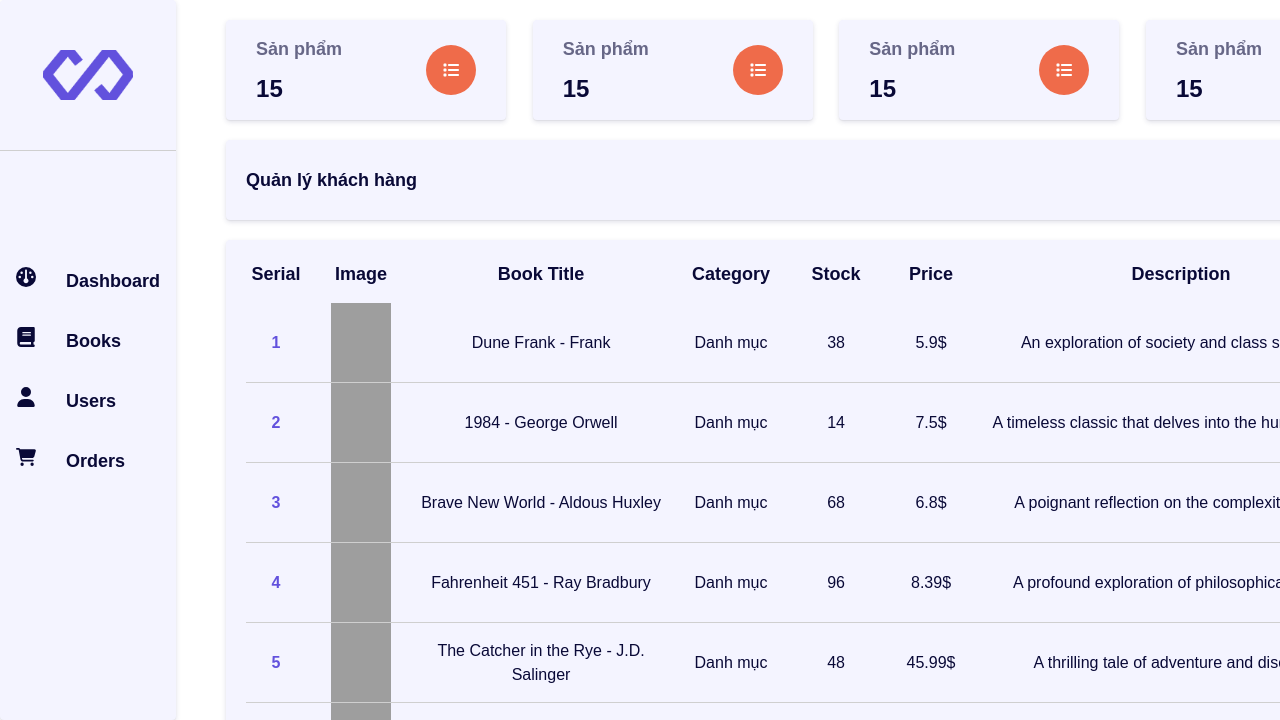
Repository: kauittt/BookStore_FE
Page: / (app in book-store/)
An editor plug-in stored every save of this project. The page is shown before and after the next save, followed by the edit.
The browser window is 1280 px wide. The pictures show the whole page.
Pictures or frames that could not be fetched are drawn as grey boxes. The project was rebuilt for these pictures with package versions that can differ from the ones it lists, and the page was loaded fresh each time. Also part of the build but not shown: book-store/vite.config.js, book-store/src/components/elements/FormInput.jsx, book-store/src/components/login-signup/Login.jsx, book-store/src/components/book/BookItem.jsx, book-store/src/components/book/BookList.jsx, book-store/src/components/elements/BackNavigation.jsx, book-store/src/components/book/BookDetail.jsx, book-store/src/components/cart/QuantitySelector.jsx and 4 more.

Above is the page before, as saved 2024-07-20 12:30:25.

### book-store/src/App.jsx
import Login from "./components/login-signup/Login";
import BookItem from "./components/book/BookItem";
import BookList from "./components/book/BookList";
import BookDetail from "./components/book/BookDetail";
import CartItem from "./components/cart/CartItem";
import Cart from "./components/cart/Cart";
import Checkout from "./components/checkout/Checkout";
import AdminNav from "./components/admin/AdminNav";
import ManageList from "./components/admin/ManageList";
import AdminPage from "./components/admin/AdminPage";
import Card from "./components/elements/Card";

const App = () => {
    //! Width - Height: 1536 - 703
    //! 270 - 255
    //! Width: 0.9
    //! Height: 0.585

    //* Semibold - Normal
    //* 3xl (Tiêu đề to) - lg (To hơn bình thường) - sm (Chú thích nhỏ) - Normal

    const data = [
        {
            image: "https://nhasachphuongnam.com/images/thumbnails/240/290/detailed/287/con-duong-hoi-giao-tb-2024.jpg",
            price: "5.9",
            name: "Dune Frank ",
            author: "Frank ",
        },
        {
            image: "https://i.pinimg.com/474x/57/70/55/5770553158ceac5870925fd79f9699eb.jpg",
            price: "7.5",
            name: "1984",
            author: "George Orwell",
        },
        {
            image: "https://listsach.com/wp-content/uploads/2020/05/bia-sach-dep-ngoi-nha-nghin-hanh-lang.jpg",
            price: "6.8",
            name: "Brave New World",
            author: "Aldous Huxley",
        },
        {
            image: "https://listsach.com/wp-content/uploads/2020/05/quyen-sach-co-bia-dep-khong-gia-dinh.jpg",
            price: "8.39",
            name: "Fahrenheit 451",
            author: "Ray Bradbury",
        },
        {
            image: "https://salt.tikicdn.com/cache/w1200/ts/product/03/ee/cc/9e91a112fb77049e9167f41ef62f832e.jpeg",
            price: "45.99",
            name: "The Catcher in the Rye",
            author: "J.D. Salinger",
        },
        {
            image: "https://intamphuc.vn/wp-content/uploads/2023/06/mau-bia-sach-dep-4.jpg",
            price: "9.2",
            name: "To Kill a Mockingbird",
            author: "Harper Lee",
        },
        {
            image: "https://vietart.co/blog/wp-content/uploads/2014/01/2_thiet_ke_bia_sach_dep_20.jpg",
            price: "5.0",
            name: "The Great Gatsby",
            author: "F. Scott Fitzgerald",
        },
        {
            image: "https://thegioidohoa.com/wp-content/uploads/2017/08/tong-hop-20-mau-bia-sach-doc-dao-nhat-nam-2017-7.jpg",
            price: "6.5",
            name: "Moby Dick",
            author: "Herman Melville",
        },
        {
            image: "https://encrypted-tbn0.gstatic.com/images?q=tbn:ANd9GcRVxy22da304ThgqLt9eKkHoYNLhIEgOL5vLCuA0X--bl323dKTKr0Q_H8tqkGQcfgcqA8&usqp=CAU",
            price: "7.8",
            name: "War and Peace",
            author: "Leo Tolstoy",
        },
        {
            image: "https://intamphuc.vn/wp-content/uploads/2023/06/mau-bia-sach-dep-2.jpg",
            price: "6.0",
            name: "Pride and Prejudice",
            author: "Jane Austen",
        },
    ];

    // Các mô tả mẫu để sử dụng
    const descriptions = [
        "A timeless classic that delves into the human psyche.",
        "An exploration of society and class struggles.",
        "A thrilling tale of adventure and discovery.",
        "A thought-provoking story that challenges conventional wisdom.",
        "A masterpiece of modern literature.",
        "A poignant reflection on the complexities of life.",
        "A gripping narrative that captivates the reader from start to finish.",
        "An emotional journey through love, loss, and redemption.",
        "A profound exploration of philosophical themes.",
        "An unforgettable story of courage and resilience.",
    ];

    // Hàm tạo số lượng ngẫu nhiên từ 1 đến 100
    function getRandomQuantity() {
        return Math.floor(Math.random() * 100) + 1;
    }

    // Hàm tạo mô tả ngẫu nhiên từ danh sách mô tả mẫu
    function getRandomDescription() {
        const index = Math.floor(Math.random() * descriptions.length);
        return descriptions[index];
    }

    // Tạo dữ liệu đa dạng cho mảng data
    const enhancedData = data.map((item) => ({
        ...item,
        quantity: getRandomQuantity(),
        description: getRandomDescription(),
    }));

    const detail = {
        image: "https://nhasachphuongnam.com/images/thumbnails/240/290/detailed/287/con-duong-hoi-giao-tb-2024.jpg",
        price: "5.9",
        name: "Dune",
        author: "Frank Herbert ",
        quantity: 10,
        description:
            "Contrary to popular belief, Lorem Ipsum is not simply random text. It has roots in a piece of classical Latin literature from 45 BC, making it over 2000 years old. Richard McClintock, a Latin professor at Hampden-Sydney College in Virginia, looked up one of the more obscure Latin words, consectetur, from a Lorem Ipsum passage, and going through the cites of the word in classical literature, discovered the undoubtable source. Lorem Ipsum comes from sections",
    };

    //! Sửa chổ quantity*price trong tính cart, checkout
    return (
        // container mx-auto
        <div className="text-text-normal  cursor-default select-none">
            {/* <Card name="Sản phẩm" quantity="15" icon={faList}></Card> */}

            <AdminPage books={enhancedData}></AdminPage>
            {/* <ManageList books={enhancedData}></ManageList> */}
            {/* <AdminNav></AdminNav> */}
            {/* <Checkout books={enhancedData}></Checkout> */}
            {/* <Cart books={enhancedData}></Cart> */}
            {/* <CartItem book={detail}></CartItem> */}
            {/* <BookDetail book={detail}></BookDetail> */}
            {/* <BookList title="Classic" books={data}></BookList> */}
            {/* <Login></Login> */}
        </div>
    );
};

export default App;

### book-store/src/index.css
@tailwind base;
@tailwind components;
@tailwind utilities;

.container {
    width: 100%;
}
@media (min-width: 640px) {
    .container {
        max-width: 640px;
    }
}
@media (min-width: 768px) {
    .container {
        max-width: 768px;
    }
    @media (min-width: 1024px) {
        .container {
            max-width: 1024px;
        }
    }
    @media (min-width: 1280px) {
        .container {
            max-width: 1280px;
        }
    }
    @media (min-width: 1400px) {
        .container,
        .container-lg,
        .container-md,
        .container-sm,
        .container-xl,
        .container-xxl {
            max-width: 1320px;
        }
    }
}

### book-store/src/components/admin/AdminNav.jsx
import PropTypes from "prop-types";
import { FontAwesomeIcon } from "@fortawesome/react-fontawesome";
import {
    faCartShopping,
    faUser,
    faBook,
    faGauge,
} from "@fortawesome/free-solid-svg-icons";

const AdminNav = () => {
    return (
        <div
            className="flex flex-col  gap-[100px]
            font-semibold text-lg  w-[260px]
            bg-bgr-main shadow-custom rounded"
        >
            <div
                className="w-full flex justify-center mt-[50px] pb-[50px]
            border-b border-border"
            >
                <img
                    src="./image/Logo.png"
                    alt="Logo"
                    className="w-[90px] h-[50px]  object-cover"
                />
            </div>

            <div>
                <div
                    className="p-[16px]
            transition-all duration-200 ease-in-out
            group hover:bg-bgr-white hover:shadow-custom rounded
            cursor-pointer"
                >
                    <p className="flex gap-[10px]">
                        <FontAwesomeIcon
                            className="mr-[20px] w-[20px] h-[20px]"
                            icon={faGauge}
                        />
                        Dashboard
                    </p>
                </div>
                <div
                    className="p-[16px]
            transition-all duration-200 ease-in-out
            group hover:bg-bgr-white hover:shadow-custom rounded
            cursor-pointer"
                >
                    <p className="flex gap-[10px]">
                        <FontAwesomeIcon
                            className="mr-[20px] w-[20px] h-[20px]"
                            icon={faBook}
                        />
                        Books
                    </p>
                </div>
                <div
                    className="p-[16px]
            transition-all duration-200 ease-in-out
            group hover:bg-bgr-white hover:shadow-custom rounded
            cursor-pointer"
                >
                    <p className="flex gap-[10px]">
                        <FontAwesomeIcon
                            className="mr-[20px]  w-[20px] h-[20px]"
                            icon={faUser}
                        />
                        Users
                    </p>
                </div>
                <div
                    className="p-[16px]
            transition-all duration-200 ease-in-out
            group hover:bg-bgr-white hover:shadow-custom rounded
            cursor-pointer"
                >
                    <p className="flex gap-[10px]">
                        <FontAwesomeIcon
                            className="mr-[20px] w-[20px] h-[20px]"
                            icon={faCartShopping}
                        />
                        Orders
                    </p>
                </div>
            </div>
        </div>
    );
};

AdminNav.propTypes = {
    book: PropTypes.object,
};
export default AdminNav;

### book-store/src/components/admin/ManageList.jsx
import React from "react";
import PropTypes from "prop-types";
import { FontAwesomeIcon } from "@fortawesome/react-fontawesome";
import {
    faCartShopping,
    faUser,
    faBook,
    faGauge,
} from "@fortawesome/free-solid-svg-icons";
import ManageItem from "./ManageItem";
import FormButton from "./../elements/FormButton";
const ManageList = (props) => {
    console.log(window.innerHeight);
    const category = [
        {
            group: "Order",
            fields: [
                { name: "Serial", width: "50px" },
                { name: "Customer Name", width: "150px" },
                { name: "Book Title", width: "150px" },
                { name: "Quantity", width: "100px" },
                { name: "Price", width: "100px" },
                { name: "Phone Number", width: "100px" },
                { name: "Address", flex: "1" }, // Use flex for flexible widths
            ],
        },
        {
            group: "Book",
            fields: [
                { name: "Serial", style: "w-[60px] text-center" },
                { name: "Image", style: "w-[80px] text-center" },
                { name: "Book Title", style: "w-[250px] text-center" },
                { name: "Category", style: "w-[100px] text-center" },
                { name: "Stock", style: "w-[80px] text-center" },
                { name: "Price", style: "w-[80px] text-center" },
                { name: "Description", style: "flex-1 text-center" },
            ],
        },
        {
            group: "User",
            fields: [
                { name: "Serial", width: "50px" },
                { name: "Username", width: "150px" },
                { name: "Name", width: "200px" },
                { name: "Role", width: "100px" },
                { name: "Email", width: "200px" },
                { name: "Phone Number", width: "150px" },
                { name: "Address", flex: "1" },
            ],
        },
    ];

    return (
        <div
            className="max-w-[1200px] w-[1200px] p-[20px] pr-[50px]
        flex flex-col gap-[15px] bg-bgr-main shadow-custom rounded"
        >
            {/*//* Category */}
            <div
                className="flex justify-between items-center gap-[15px]
            font-semibold text-lg"
            >
                {category[1].fields.map((field, index) => (
                    <p key={index} className={`${field.style} `}>
                        {field.name}
                    </p>
                ))}
            </div>

            {/*//* List Item */}
            <div className="flex flex-col max-h-full overflow-y-auto">
                {props.books.map((book, index) => (
                    <ManageItem
                        data={book}
                        category={category[1].fields}
                        key={index}
                        index={index}
                    ></ManageItem>
                ))}
            </div>

            <div className="flex justify-end">
                <FormButton name="Checkout"></FormButton>
            </div>
        </div>
    );
};
ManageList.propTypes = {
    books: PropTypes.array,
};
export default ManageList;

### book-store/src/components/admin/AdminPage.jsx
import React from "react";
import PropTypes from "prop-types";
import ManageList from "./ManageList";
import AdminNav from "./AdminNav";
import Card from "./../elements/Card";
import ManageTitle from "./ManageTitle";
import { FontAwesomeIcon } from "@fortawesome/react-fontawesome";
import {
    faCircleUser,
    faCartShopping,
    faHandHoldingDollar,
    faList,
} from "@fortawesome/free-solid-svg-icons";

const AdminPage = (props) => {
    return (
        <div
            className="flex gap-[30px] justify-between
        max-h-screen overflow-hidden
        "
        >
            <AdminNav></AdminNav>
            <div className="flex flex-col gap-[20px] p-[20px] ">
                <div className="flex justify-between items-center ">
                    <Card name="Sản phẩm" quantity={15} icon={faList}></Card>
                    <Card name="Sản phẩm" quantity={15} icon={faList}></Card>
                    <Card name="Sản phẩm" quantity={15} icon={faList}></Card>
                    <Card name="Sản phẩm" quantity={15} icon={faList}></Card>
                </div>
                <ManageTitle
                    name="Quản lý khách hàng"
                    button="Add User"
                ></ManageTitle>
                <ManageList books={props.books}></ManageList>
            </div>
        </div>
    );
};

AdminPage.propTypes = {
    books: PropTypes.array,
};
export default AdminPage;

### book-store/src/components/elements/Card.jsx
import React from "react";
import PropTypes from "prop-types";
import { FontAwesomeIcon } from "@fortawesome/react-fontawesome";
import {
    faCircleUser,
    faCartShopping,
    faHandHoldingDollar,
    faList,
} from "@fortawesome/free-solid-svg-icons";
const Card = (props) => {
    return (
        <div
            className="flex items-center justify-between
            w-[280px] h-[100px] bg-bgr-main p-[30px]
        rounded shadow-custom"
        >
            <div className="flex flex-col gap-[10px]">
                <p className="text-lg text-text-light font-semibold">
                    {props.name}
                </p>
                <p className="text-2xl font-semibold">{props.quantity}</p>
            </div>
            <FontAwesomeIcon
                className="p-[17px] rounded-full
             bg-bgr-color text-text-white"
                icon={props.icon}
            />
            {/* <FontAwesomeIcon icon={faCartShopping} />
            <FontAwesomeIcon icon={faHandHoldingDollar} />
            <FontAwesomeIcon icon={faCircleUser} /> */}
        </div>
    );
};

Card.propTypes = {
    name: PropTypes.string,
    quantity: PropTypes.number,
    icon: PropTypes.object,
    color: PropTypes.string,
};
export default Card;

### book-store/src/components/elements/FormButton.jsx
import PropTypes from "prop-types";

const FormButton = ({
    name = "Button",
    main = true,
    type = "button",
    disabled = false,
    ...props
}) => {
    return (
        <button
            type={type}
            disabled={disabled}
            className={`m-w-[100px] w-[100px] m-h-[40px] h-[40px] leading-[40px]
            rounded text-lg font-semibold
            flex items-center justify-center
            cursor-pointer shadow-custom
            transition-all duration-200 ease-in-out
            bg-bgr-white
            ${main ? "bg-bgr-white" : "bg-bgr-white"}
            ${main ? "text-text-color" : "text-bgr-color"}
            ${
                main
                    ? "border border-text-color hover:bg-text-color hover:text-text-white"
                    : "border border-bgr-color hover:bg-bgr-color hover:text-text-white"
            }
            `}
            {...props}
        >
            {name}
        </button>
    );
};

FormButton.propTypes = {
    main: PropTypes.bool,
    name: PropTypes.string.isRequired,
    type: PropTypes.string,
    disabled: PropTypes.bool,
};

export default FormButton;

### book-store/src/components/admin/ManageItem.jsx
import PropTypes from "prop-types";
import { FontAwesomeIcon } from "@fortawesome/react-fontawesome";
import { faPen } from "@fortawesome/free-solid-svg-icons";

const ManageItem = (props) => {
    // STT | Tên khách | Tên sách | Số lượng | Giá     | Phone | Address
    // STT | Hình      | Tên sách | Danh mục | Tồn kho | Giá   | Mô tả
    // STT | Username  | Name     | Role     | Email   | Phone | Address

    const isImage = props.data.image ? true : false;
    // console.log(props.data);
    // console.log(props.category);

    return (
        <div
            className="flex justify-between  items-center
                gap-[15px] h-[80px] relative
                border-b border-border"
        >
            <p
                className={`${props.category[0].style} font-semibold text-text-color`}
            >
                {props.index + 1}
            </p>

            {isImage ? (
                <div
                    className={`${props.category[1].style} h-full
                flex items-center justify-center`}
                >
                    <img
                        className="w-[60px] h-full object-cover"
                        src={props.data.image}
                        alt="Image"
                    />
                </div>
            ) : (
                <p className={`${props.category[1].style} `}>Tăng Khải Minh</p>
            )}

            <p className={`${props.category[2].style} `}>
                {props.data.name + " - " + props.data.author}
            </p>

            <p className={`${props.category[3].style} `}>Danh mục</p>

            <p className={`${props.category[4].style} `}>
                {props.data.quantity}
            </p>

            <p className={`${props.category[5].style} `}>{props.data.price}$</p>

            <p className={`${props.category[6].style} relative`}>
                {props.data.description}
            </p>
            <FontAwesomeIcon
                className="absolute right-[-40px] p-[10px] rounded cursor-pointer
                text-bgr-color
                transition-all duration-200 ease-in-out
                hover:bg-bgr-color hover:text-text-white  "
                icon={faPen}
            />
        </div>
    );
};
ManageItem.propTypes = {
    data: PropTypes.object,
    category: PropTypes.array,
    index: PropTypes.number,
};
export default ManageItem;

### book-store/src/components/admin/ManageTitle.jsx
import React from "react";
import PropTypes from "prop-types";
import FormButton from "./../elements/FormButton";

const ManageTitle = (props) => {
    return (
        <div
            className="flex justify-between items-center
        h-[80px] bg-bgr-main p-[20px]
            rounded shadow-custom"
        >
            <p className="font-semibold text-lg">{props.name}</p>
            <FormButton name={props.button}></FormButton>
        </div>
    );
};

ManageTitle.propTypes = {
    name: PropTypes.string,
    button: PropTypes.string,
};

export default ManageTitle;

### book-store/tailwind.config.js
/** @type {import('tailwindcss').Config} */
export default {
    content: ["./index.html", "./src/**/*.{js,ts,jsx,tsx}"],
    theme: {
        colors: {
            //* Background
            "bgr-main": "#F4F4FF",
            "bgr-color": "#EF6B4A", // Màu cam
            "bgr-color-hover": "#C2371E", // Darker for hover
            "bgr-white": "#FFFFFF",

            //* Text
            "text-normal": "#090937",
            "text-color": "#6251DD", // Màu tím
            "text-color-hover": "#4937B8", // Darker for hover
            "text-light": "#676787",
            "text-white": "#FFFFFF",
            "text-error": "#e74c3c", // Màu đỏ
            "text-error-hover": "#c0392b", // Darker for hover

            //* Border
            border: "#cfcfcf",
        },
        extend: {
            fontFamily: {
                sans: ["Manrope", "sans-serif"],
            },
            boxShadow: {
                custom: "rgba(50, 50, 105, 0.15) 0px 2px 5px 0px, rgba(0, 0, 0, 0.05) 0px 1px 1px 0px",
            },
        },
    },
    plugins: [],
};

Loaded but not shown: book-store/index.html (common file); book-store/src/main.jsx (common file)

After the next save:
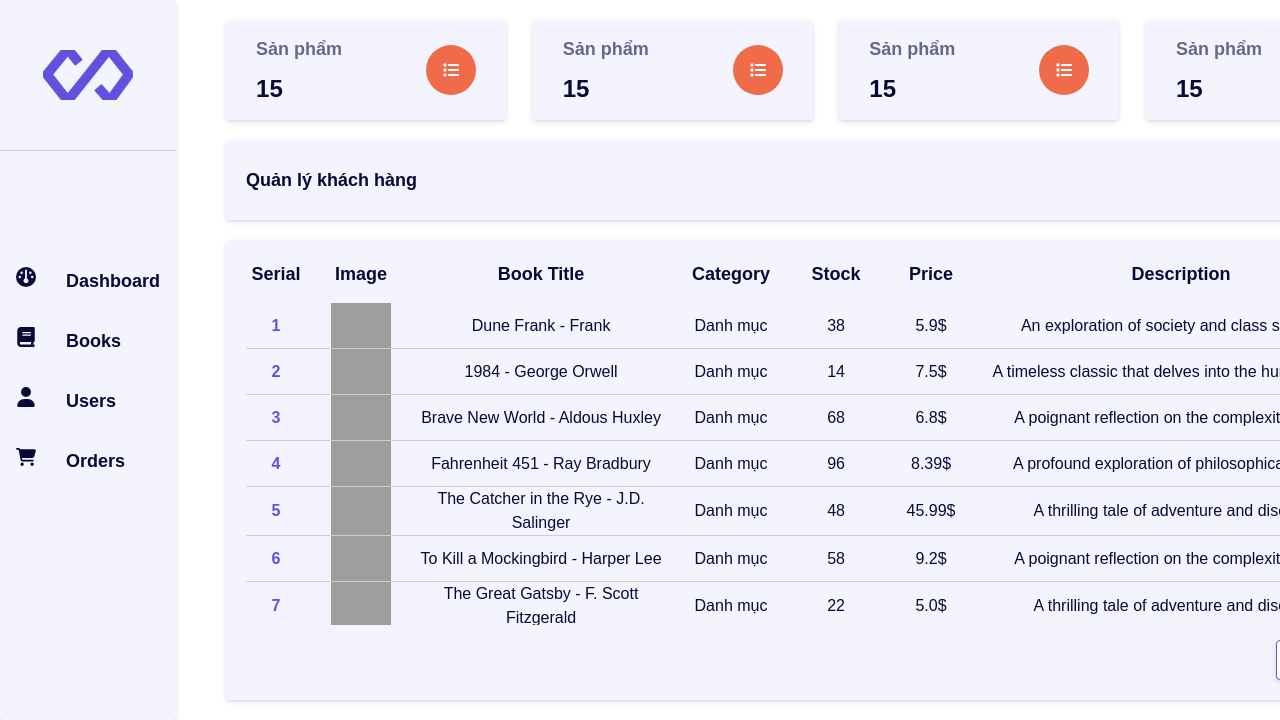
Saved 7 s later.
--- a/book-store/src/components/admin/ManageList.jsx
+++ b/book-store/src/components/admin/ManageList.jsx
@@ -53,7 +53,8 @@ const ManageList = (props) => {
     return (
         <div
             className="max-w-[1200px] w-[1200px] p-[20px] pr-[50px]
-        flex flex-col gap-[15px] bg-bgr-main shadow-custom rounded"
+        flex flex-col gap-[15px] bg-bgr-main shadow-custom rounded
+        overflow-auto"
         >
             {/*//* Category */}
             <div
